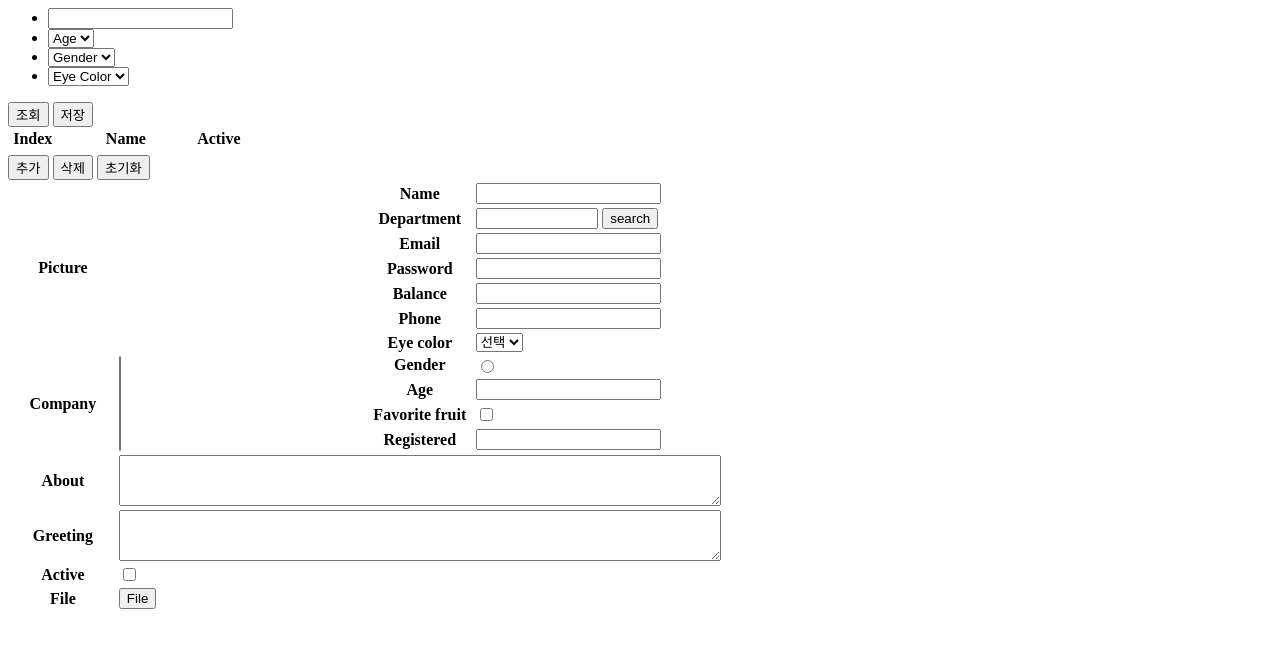
Repository: bbalganjjm/natural_js_boot
Page: src/main/resources/static/html/com/app/sample/type0401.html
The author's editor kept a copy of each file at every save. The page is drawn from the files as they stood at one save, then again after the next save.
The browser window is 1280 px wide. The pictures show the whole page.

Above is the page before, as saved 2021-03-17 15:20:56.
Console error: ReferenceError: N is not defined

### src/main/resources/static/html/com/app/sample/type0401.html
<article class="type0401">
    <div id="search" class="form__">
        <div class="criteria-panel">
            <ul>
                <li><input id="name" type="text" class="mdc-text-field" data-type="filled" data-label="Name"></li>
                <li><select id="age"><option value="">Age</option></select></li>
                <li><select id="gender"><option value="">Gender</option></select></li>
                <li><select id="eyeColor"><option value="">Eye Color</option></select></li>
            </ul>
        </div>
    </div>

    <div class="flex-horizental">
        <div style="max-width: 33%;">
            <div class="btn-panel">
                <button id="btnSearch" class="btn-search mdc-button mdc-button--raised" data-icon="youtube_searched_for">조회</button>
                <button id="btnSave" class="mdc-button" data-icon="save_alt">저장</button>
            </div>
            <table id="master" class="grid__">
                <colgroup>
                    <col style="width: 20%;">
                    <col style="width: 60%;">
                    <col style="width: 20%;">
                </colgroup>
                <thead>
                    <tr>
                        <th>Index</th>
                        <th>Name</th>
                        <th>Active</th>
                    </tr>
                </thead>
                <tbody>
                    <tr>
                        <td id="index" style="text-align: center;"></td>
                        <td id="name"></td>
                        <td id="isActive" style="text-align: center;"></td>
                    </tr>
                </tbody>
            </table>
        </div>

        <div>
            <div class="btn-panel">
                <button id="btnAdd" class="mdc-button" data-icon="playlist_add">추가</button>
                <button id="btnDelete" class="mdc-button" data-icon="delete_sweep">삭제</button>
                <button id="btnRevert" class="mdc-button" data-icon="restart_alt">초기화</button>
            </div>
            <table id="detail" class="form__">
                <colgroup>
                    <col style="width: 15%;">
                    <col style="width: 35%;">
                    <col style="width: 15%;">
                    <col style="width: 35%;">
                </colgroup>
                <tbody>
                    <tr>
                        <th rowspan="7">Picture</th>
                        <td rowspan="7" style="text-align: center; vertical-align: middle;"><img
                            src="data:[embedded picture, 60 characters]" height="110"></td>
                        <th>Name</th>
                        <td><input id="name" type="text" data-validate='[["required"]]'></td>
                    </tr>
                    <tr>
                        <th>Department</th>
                        <td>
                            <input id="deptNm" type="text" data-validate='[["required"]]' style="width: 50%;" readonly="readonly">
                            <button id="btnDept" class="mdc-icon-button mdc-icon-button--mini">search</button>
                        </td>
                    </tr>
                    <tr>
                        <th>Email</th>
                        <td><input id="email" type="text" data-validate='[["required"], ["email"]]'></td>
                    </tr>
                    <tr>
                        <th>Password</th>
                        <td><input id="key" type="text" data-format='[["generic", "@@＊＊＊＊＊＊"]]' data-validate='[["required"]]'></td>
                    </tr>
                    <tr>
                        <th>Balance</th>
                        <td><input id="balance" type="text" data-format='[["numeric", "$#,###.##0"]]' data-validate='[["required"], ["number"]]'></td>
                    </tr>
                    <tr>
                        <th>Phone</th>
                        <td><input id="phone" type="text" data-validate='[["required"]]'></td>
                    </tr>
                    <tr>
                        <th>Eye color</th>
                        <td><select id="eyeColor" data-validate='[["required"]]'><option>선택</option></select></td>
                    </tr>
                    <tr>
                        <th rowspan="4">Company</th>
                        <td rowspan="4"><select id="company" multiple="multiple" data-validate='[["required"]]' style="height: 95px;"></select></td>
                        <th>Gender</th>
                        <td><input id="gender" type="radio"></td>
                    </tr>
                    <tr>
                        <th>Age</th>
                        <td><input id="age" type="text" data-validate='[["required"], ["integer"]]'></td>
                    </tr>
                    <tr>
                        <th>Favorite fruit</th>
                        <td><input id="favoriteFruit" type="checkbox" data-validate='[["required"]]'></td>
                    </tr>
                    <tr>
                        <th>Registered</th>
                        <td><input id="registered" type="text" data-format='[["date", 8, "date"]]' data-validate='[["required"]]'></td>
                    </tr>
                    <tr>
                        <th>About</th>
                        <td colspan="3"><textarea id="about" style="width: 100%;" rows="3" data-validate='[["required"]]' class="mdc-text-field" title="About"></textarea></td>
                    </tr>
                    <tr>
                        <th>Greeting</th>
                        <td colspan="3"><textarea id="greeting" style="width: 100%;" rows="3" data-validate='[["required"]]' class="mdc-text-field" title="Greeting"></textarea></td>
                    </tr>
                    <tr>
                        <th>Active</th>
                        <td colspan="3"><input id="isActive" type="checkbox"></td>
                    </tr>
                    <tr>
                        <th>File</th>
                        <td colspan="3"><button id="btnFile" class="mdc-button mdc-button--outlined" data-icon="file_present">File</button></td>
                    </tr>
                </tbody>
            </table>
        </div>
    </div>
</article>

<script type="text/javascript">
(function() {

    var cont = N(".type0401").cont({
        "p.select.gender" : [ "gender" ],
        "p.select.eyeColor" : [ "eyeColor" ],
        "p.select.company" : [ "company" ],
        "p.select.favoriteFruit" : [ "favoriteFruit" ],
        "p.select.age" : [ "c.getCommonCodeList", "age", "age", function(data) {
            return N(N.array.deduplicate(data, "age")).datasort("age");
        }],
        "p.form.search" : {
            "usage" : {
                "search-box" : {
                    "defaultButton" : ".btnSearch",
                    "events" : [{
                        "event" : "focusin",
                        "target" : "#name",
                        "handler" : function(e) {
                            N.log(e);
                        }
                    }]
                }
            }
        },
        "p.form.detail" : {
            revert : true,
            autoUnbind : true
        },
        "p.grid.master" : {
            height : 442,
            select : true,
            selectScroll : false,
            onSelect : function(index, rowEle, data, beforeRow, e) {
                // TODO 전처리

                APP.comm.utils.selectNBind.call(this, {
                    cont : cont,
                    form : "p.form.detail"
                });

                // 파일 요약 목록 생성
                if(data.length > 0) {
                    APP.comm.utils.getFileSummaryList(cont["p.form.detail"].val("fileId"), "fileName", 60, cont["e.btnFile.click"]);
                }

                // TODO 후처리
            },
            onBind : function(context, data, isFirstPage, isLastPage) {
                if(isFirstPage) {
                    this.select(0);
                }
            }
        },
        "p.popup.dept" : {
            url : "html/com/app/sample/type04P0.html",
            onOpen : "onOpen",
            onClose : function(onCloseData) {
                if (onCloseData) {
                    cont["p.form.detail"]
                    .val("deptNm", onCloseData.deptNm)
                    .val("deptCd", onCloseData.deptCd);
                }
            }
        },
        /**
         * 공통 파일 팝업.
         */
        "p.popup.file" : {
            onClose : function(onCloseData) {
                if(onCloseData) {
                    cont["p.form.detail"].val("fileId", onCloseData.fileId);

                	// 파일 요약 목록 생성
                    APP.comm.utils.createFileSummaryList(onCloseData.downloadList, "fileName", 60, cont["e.btnFile.click"]);
                }
            }
        },
        "c.getCommonCodeList" : function() {
            return N.comm("sample/getSampleList.json");
        },
        "c.getSampleList" : function() {
            return cont["p.form.search"].data(false).comm("sample/getSampleList.json");
        },
        "c.saveSample" : function() {
            return N(cont["p.grid.master"].data("modified")).comm({
                dataIsArray : true,dataIsArray : true, // Array 타입의 여러 행데이터가 1 개 일때는 자동으로 Object로 변환됩니다. 자동으로 변환되지 않게 하려면 dataIsArray 옵션을 true로 지정해 주세요.
                url : "sample/saveSample.json"
            });
        },
        "e.btnSearch.click" : function(e) {
            e.preventDefault();

            if (cont["p.form.search"].validate()) {
                cont["c.getSampleList"]().submit(function(data) {
                    // N.grid bind
                    cont["p.grid.master"].bind(data);
                });
            }
        },
        "e.btnDept.click" : function(e) {
            e.preventDefault();
            cont["p.popup.dept"].open(cont["p.form.detail"].data(true)[0]);
        },
        "e.btnSave.click" : function(e) {
            e.preventDefault();

            return APP.comm.utils.save.call(this, {
                cont : cont,
                comm : "c.saveSample",
                changed : "p.grid.master",
                validate : "p.form.detail",
                before : function() {
                    // TODO
                },
                after : function(data) {
                    cont["e.btnSearch.click"].click();
                }
            });
        },
        "e.btnAdd.click" : function(e) {
            e.preventDefault();

            if (cont["p.form.detail"].validate()) {
                cont["p.form.detail"].add();
            }
        },
        "e.btnDelete.click" : function(e) {
            e.preventDefault();

            cont["p.form.detail"].remove();
        },
        "e.btnRevert.click" : function(e) {
            e.preventDefault();

            if (cont["p.grid.master"].data("modified").length === 0) {
                N(window).alert(N.message.get(APP.comm.messages, "COMM-0001")).show();
                return false;
            }

            cont["p.form.detail"].revert();
        },
        "e.btnFile.click" : function(e) {
            e.preventDefault();

            cont["p.popup.file"].open(cont["p.form.detail"].val("fileId"));
        },
        init : function(view, request) {
			// cont.opener는 탭이 포함된 부모페이지의 Controller Object.
            if(cont.opener) {
                cont["p.form.search"].context().hide().prev("h3").hide().prev(".view-intro").hide();
				// 부모 페이지 컨트롤러의 검색 버튼 클릭
                cont.opener["e.btnSearch.click"].click();
            } else {
                cont["e.btnSearch.click"].click();
            }
        }
    });

})();
</script>

After the next save:
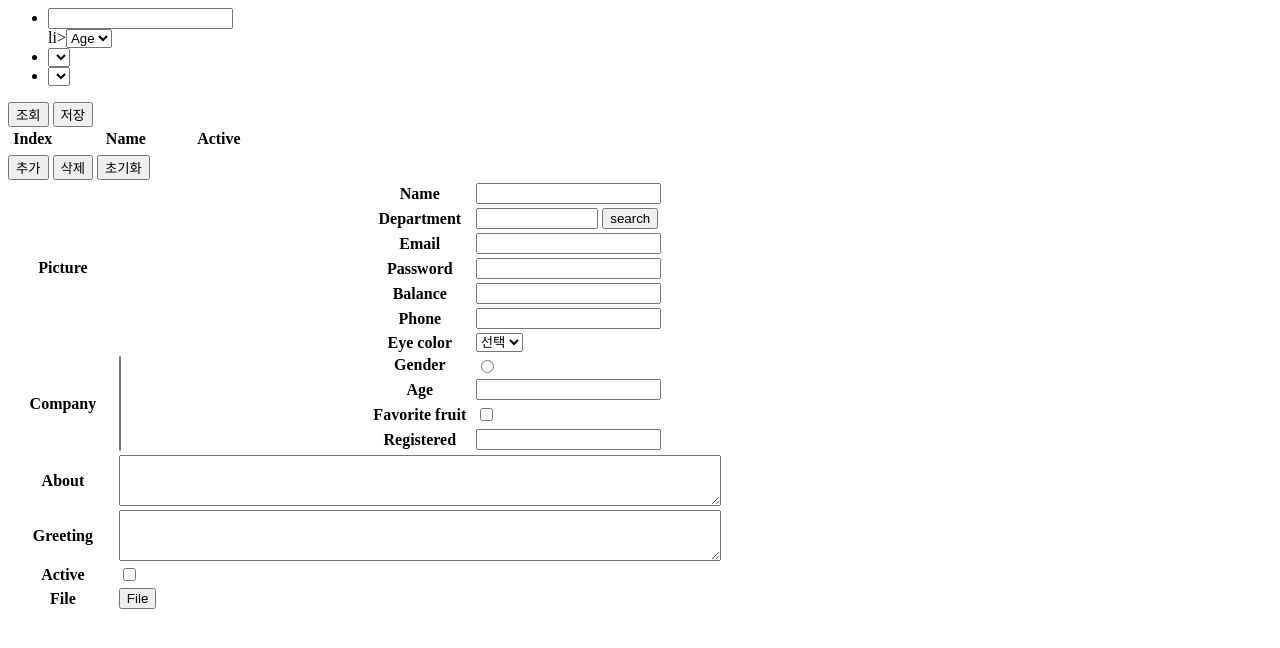
Saved 39 s later.
--- a/src/main/resources/static/html/com/app/sample/type0401.html
+++ b/src/main/resources/static/html/com/app/sample/type0401.html
@@ -3,9 +3,9 @@
         <div class="criteria-panel">
             <ul>
                 <li><input id="name" type="text" class="mdc-text-field" data-type="filled" data-label="Name"></li>
-                <li><select id="age"><option value="">Age</option></select></li>
-                <li><select id="gender"><option value="">Gender</option></select></li>
-                <li><select id="eyeColor"><option value="">Eye Color</option></select></li>
+                li><select id="age" class="mdc-njs-select" data-label="Gender"><option value="">Age</option></select></li>
+                <li><select id="gender" class="mdc-njs-select" data-label="Gender"><option value=""></option></select></li>
+                <li><select id="eyeColor" class="mdc-njs-select" data-label="Eye Color"><option value=""></option></select></li>
             </ul>
         </div>
     </div>
